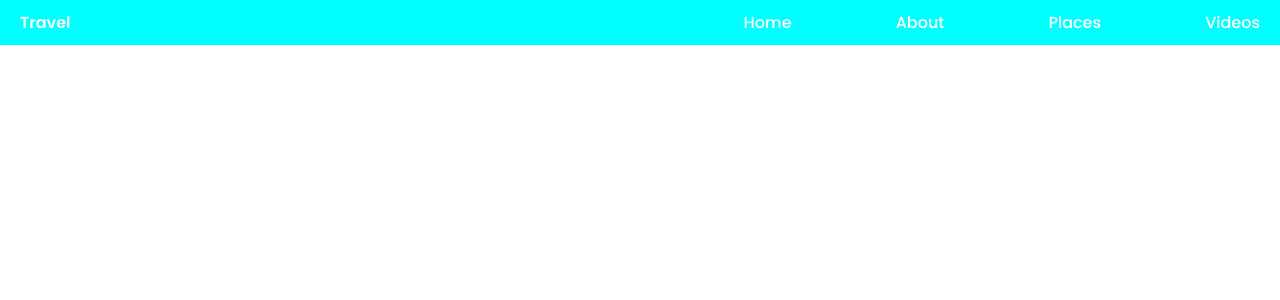
Repository: OmniaRafat232111121/Traveling
Page: index.html
An editor plug-in stored every save of this project. The page is shown before and after the next save, followed by the edit.
The browser window is 1280 px wide. The pictures show the whole page.

Above is the page before, as saved 2022-12-19 22:22:49.

After the next save:
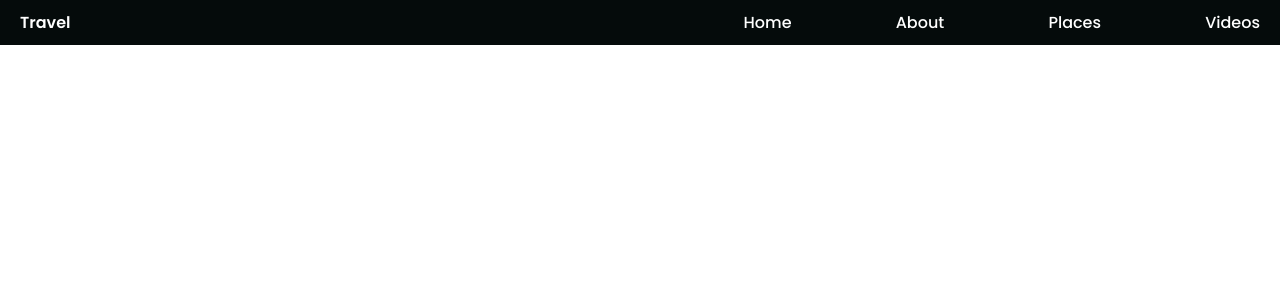
Saved 17 s later.
--- a/css/style.css
+++ b/css/style.css
@@ -17,7 +17,7 @@ a{
     text-decoration: none;
 }
 header{
-    background-color: aqua;
+    background-color: rgb(5, 11, 11);
     position:fixed;
     width:100%;
     top:0;
